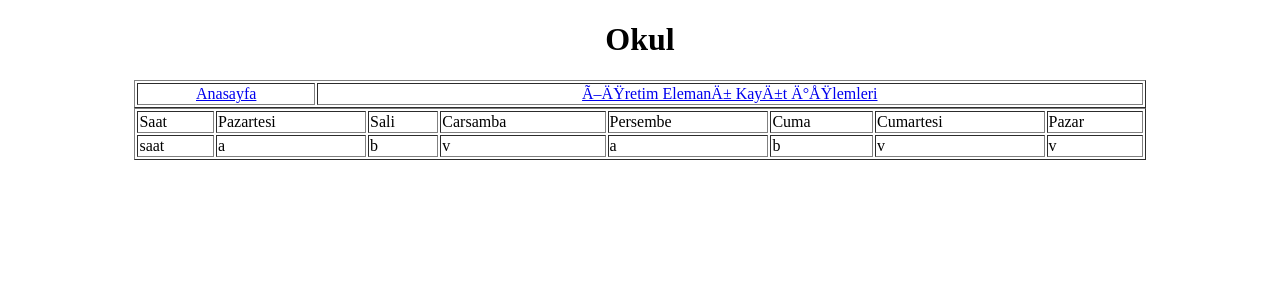
Repository: Egemen-ve-Burakhan-internet-final/final
Page: http://localhost/ogretim/
An editor plug-in stored every save of this project. The page is shown before and after the next save, followed by the edit.
The browser window is 1280 px wide. The pictures show the whole page.
The page is served by Tomcat 9. Other server files are loaded and not shown.

Above is the page before, as saved 2020-05-25 14:07:52.

### okul/ogretim/WebContent/index.jsp
<%@ page language="java" contentType="text/html; charset=ISO-8859-1"
    pageEncoding="ISO-8859-1"%>
<!DOCTYPE html>
<html>
<head>
<meta charset="ISO-8859-1">
<title>Insert title here</title>
</head>
<body>
	<div>
		<div>
			<h1 style="text-align:center">Okul</h1>
		</div>

		<div>
			<table border = "1px" width="80%" align= center>
				<tr>
					<td style="text-align:center"><a href="#">Anasayfa</a></td>
					<td style="text-align:center"><a href="#">Öğretim Elemanı Kayıt İşlemleri</a></td>
				</tr>
			</table>
		</div>

		<div>
			<table border = 1px; align = center width=80%>
				<tr>
					<td>Saat</td>
					<td>Pazartesi</td>
					<td>Sali</td>
					<td>Carsamba</td>
					<td>Persembe</td>
					<td>Cuma</td>
					<td>Cumartesi</td>
					<td>Pazar</td>
				</tr>
				<tr>
					<td>saat</td>
					<td>a</td>
					<td>b</td>
					<td>v</td>
					<td>a</td>
					<td>b</td>
					<td>v</td>
					<td>v</td>
				</tr>
			</table>
		</div>

	</div>
</body>
</html>

After the next save:
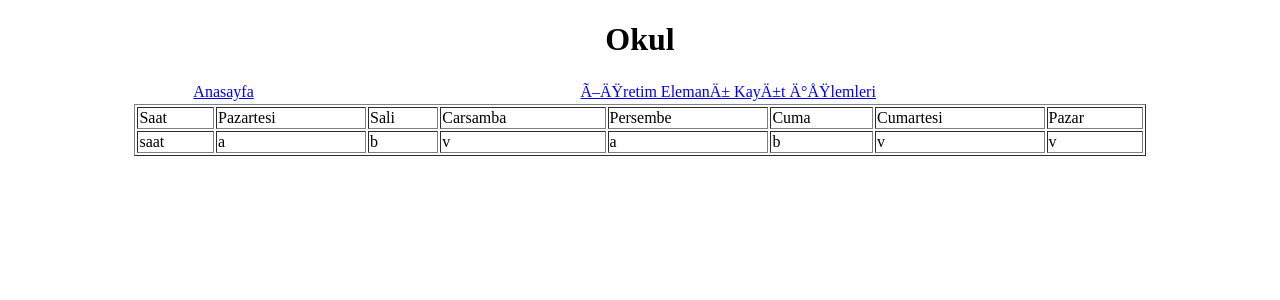
Saved 13 s later.
--- a/okul/ogretim/WebContent/index.jsp
+++ b/okul/ogretim/WebContent/index.jsp
@@ -13,7 +13,7 @@
 		</div>
 
 		<div>
-			<table border = "1px" width="80%" align= center>
+			<table width="80%" align= center>
 				<tr>
 					<td style="text-align:center"><a href="#">Anasayfa</a></td>
 					<td style="text-align:center"><a href="#">Öğretim Elemanı Kayıt İşlemleri</a></td>
